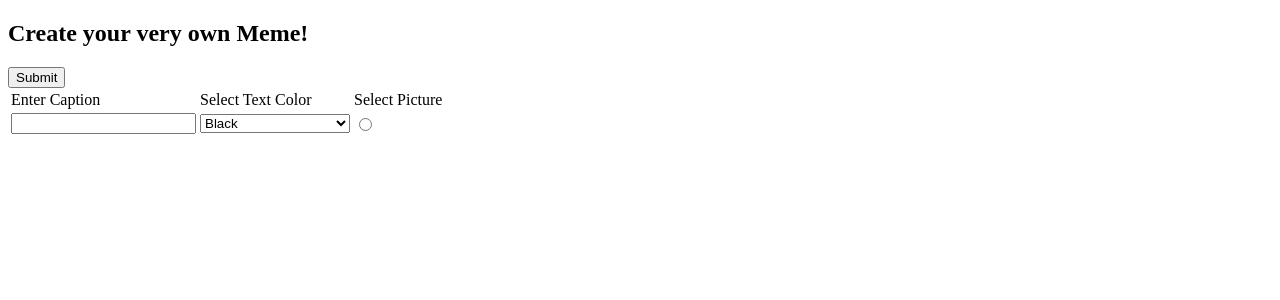
Repository: HyveMynd/htdocs
Page: http://localhost/
The author's editor kept a copy of each file at every save. The page is drawn from the files as they stood at one save, then again after the next save.
The browser window is 1280 px wide. The pictures show the whole page.
Some web libraries are served in a nearby version. The page is run by PHP 8.4 with error messages shown; the project is at /var/www/html/.

Above is the page before, as saved 2013-01-27 19:21:02.

### PS2/index.php
<!DOCTYPE html PUBLIC "-//W3C//DTD HTML 4.01 Transitional//EN" "http://www.w3.org/TR/html4/loose.dtd">
<html>
<head>
<meta http-equiv="Content-Type" content="text/html; charset=UTF-8">
<script type="text/javascript" src="https://ajax.googleapis.com/ajax/libs/jquery/1.7.1/jquery.min.js"></script>
<!--<link rel="stylesheet" href="MemoryStyle.css" type="text/css" /> -->
<title>Meme Generator</title>
</head>
<body>
	<form method=get>
	<h2>Create your very own Meme!</h2>
		<table>
			<tr>
				<td>Enter Caption</td>
				<td>Select Text Color</td>
				<td>Select Picture</td>
			</tr>
			<tr>
				<td><input type="text" id=textBox value="" /></td>
				<td>
					<select id=textColor onchange="selectColor();">
						<option value='black' selected="selected">Black</option>
						<option value='red'>Red</option>
						<option value='white'>White</option>
						<option value='whiteBlack'>White w/Black Border</option>
					</select>
				</td>
				<td>
					<input type="radio" value='Philosyraptor' />

				</td>
			</tr>
			<tr>
				<input type="button" value="Submit" onclick="submit();" />
		</table>
	</form>
</body>
</html>

<?php ?>

After the next save:
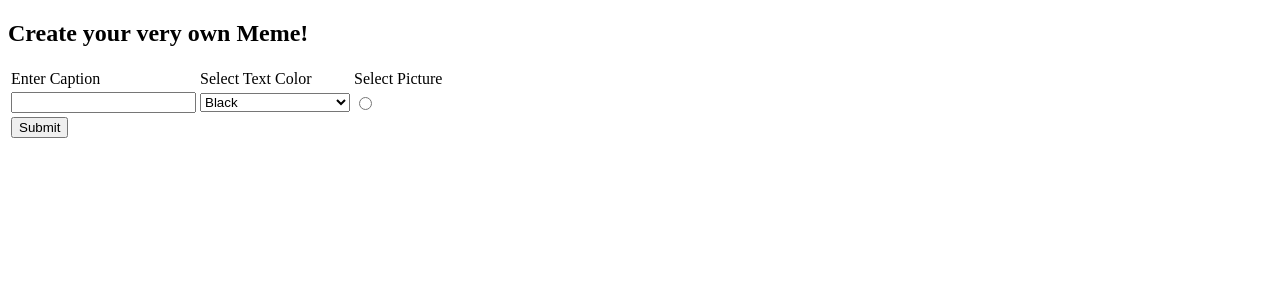
Saved 12 s later.
--- a/PS2/index.php
+++ b/PS2/index.php
@@ -31,7 +31,8 @@
 				</td>
 			</tr>
 			<tr>
-				<input type="button" value="Submit" onclick="submit();" />
+				<td><input type="button" value="Submit" onclick="submit();" /></td>
+			</tr>
 		</table>
 	</form>
 </body>
